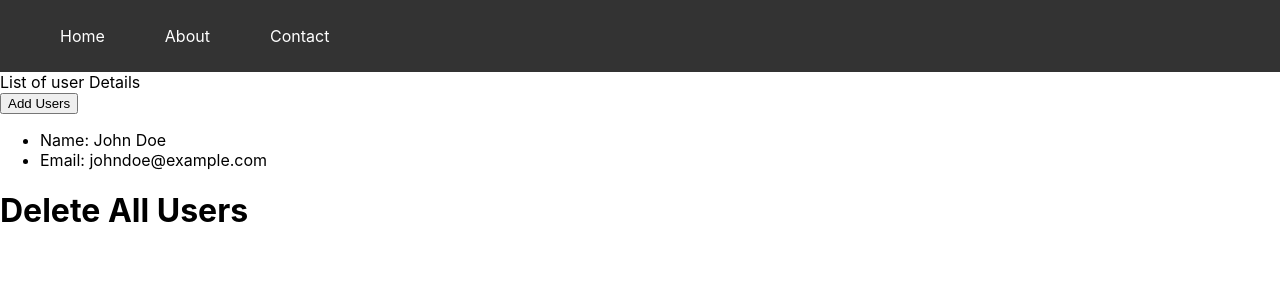
Repository: Gulzarokz/React_Course_Review
Page: / (app in reduxtoolkit/)
These files come from the project's save history. The page is drawn as it stood at one moment and after the next save; the edit follows.
The browser window is 1280 px wide. The pictures show the whole page.
The project was rebuilt for these pictures with package versions that can differ from the ones it lists, and the page was loaded fresh each time. Also part of the build but not shown: reduxtoolkit/src/App.css.

Above is the page before, as saved 2026-05-15 10:17:41.

### reduxtoolkit/src/App.js
import logo from './logo.svg';
import './App.css';
import Navbar from './components/Navbar';

function App() {
  return (
    <>
      <Navbar />
    </>
  );
}

export default App;

### reduxtoolkit/src/components/Navbar.jsx
import React from 'react'
import './navbar.css'
import UserDetails from './UserDetails'

const Navbar = () => {
    return (
        <>
            <div className="navbar">
                <ul className="navbar-list">
                    <li>Home</li>
                    <li>About</li>
                    <li>Contact</li>
                </ul>
            </div>
            <UserDetails />
        </>
    )
}

export default Navbar

### reduxtoolkit/src/components/navbar.css
.navbar {
    display: flex;
    justify-content: space-between;
    align-items: center;
    padding: 10px 20px;
    background-color: #333;
    color: white;
}

.navbar-list {
    display: flex;
    list-style: none;
    align-items: center;
    gap: 60px;
}

### reduxtoolkit/src/components/UserDetails.jsx
import React from 'react'
import DeleteALLUser from './DeleteALLUser'

const UserDetails = () => {
    return (
        <>
            <div className="content">
                <div className="user-details">
                    <div className="Heading">List of user Details</div>
                    <button className="">Add Users</button>
                </div>
                <ul>
                    <li>Name: John Doe</li>
                    <li>Email: johndoe@example.com</li>
                </ul>

            </div>
            <DeleteALLUser />
        </>
    )
}

export default UserDetails

### reduxtoolkit/src/components/DeleteALLUser.jsx
import React from 'react'

const DeleteALLUser = () => {
    return (
        <>
            <h1>Delete All Users</h1>
        </>
    )
}

export default DeleteALLUser

Loaded but not shown: reduxtoolkit/public/index.html (common file); reduxtoolkit/src/index.js (common file); reduxtoolkit/src/index.css (common file); reduxtoolkit/src/reportWebVitals.js (common file)

After the next save:
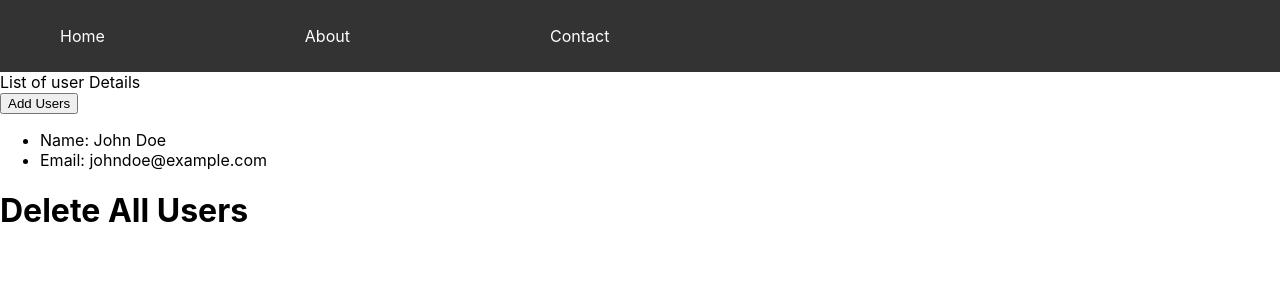
Saved 17 s later.
--- a/reduxtoolkit/src/components/navbar.css
+++ b/reduxtoolkit/src/components/navbar.css
@@ -11,5 +11,5 @@
     display: flex;
     list-style: none;
     align-items: center;
-    gap: 60px;
+    gap: 200px;
 }
